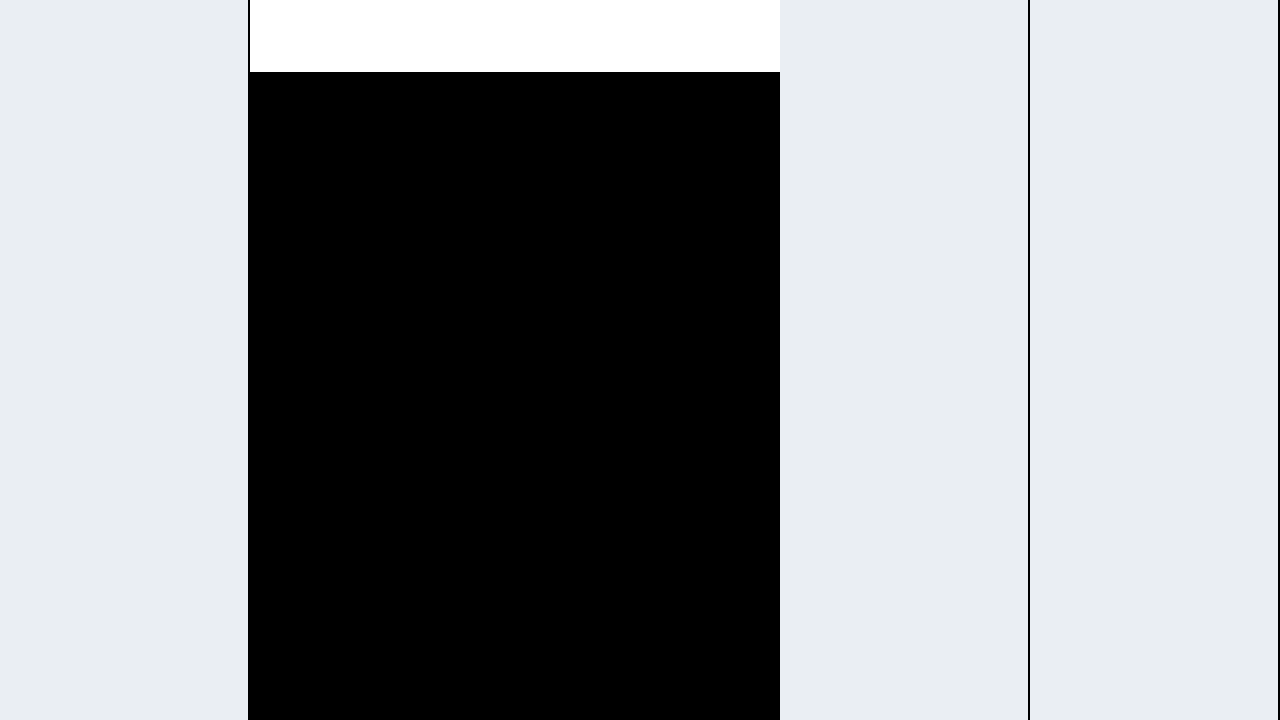
Repository: JJianZ/miao
Page: a.html
The author's editor kept a copy of each file at every save. The page is drawn from the files as they stood at one save, then again after the next save.
The browser window is 1280 px wide. The pictures show the whole page.

Above is the page before, as saved 2021-11-23 10:36:29.

### a.html
<!DOCTYPE html>
<html lang="en">
<head>
  <meta charset="UTF-8">
  <meta http-equiv="X-UA-Compatible" content="IE=edge">
  <meta name="viewport" content="width=device-width, initial-scale=1.0">
  <title>Document</title>
  <style>
    html,body {
      margin: 0;
      padding: 0;
      height: 100%;
    }

    div {
      /* width: 100%; */
      height: 100%;
      position: relative;
      min-width: 300px;
    }
    aside {
      position: absolute;
      width: 250px;
      height: 100%;
      background-color: #eaeef3;
      border-right: black 2px solid;
      box-sizing: border-box;
      box-shadow:1px 1px 5px rbga(0,0,0,0.7) inset;


    }
    header {
      position: absolute;
      left: 250px;
      height: 72px;
      right: 500px;
      line-height: 720px;
    }
    main {
      position: absolute;
      top: 72px;
      left: 250px;
      right: 500px;
      bottom: 0;
      background-color: black;
    }
    .second {
      right: 250px;
    }
    .third {
      right: 0px;
    }
  </style>
</head>
<body>
  <div>
    <aside class="first"></aside>
    <header></header>
    <main></main>
    <aside class="second"></aside>
    <aside class="third"></aside>
  </div>
</body>
</html>

After the next save:
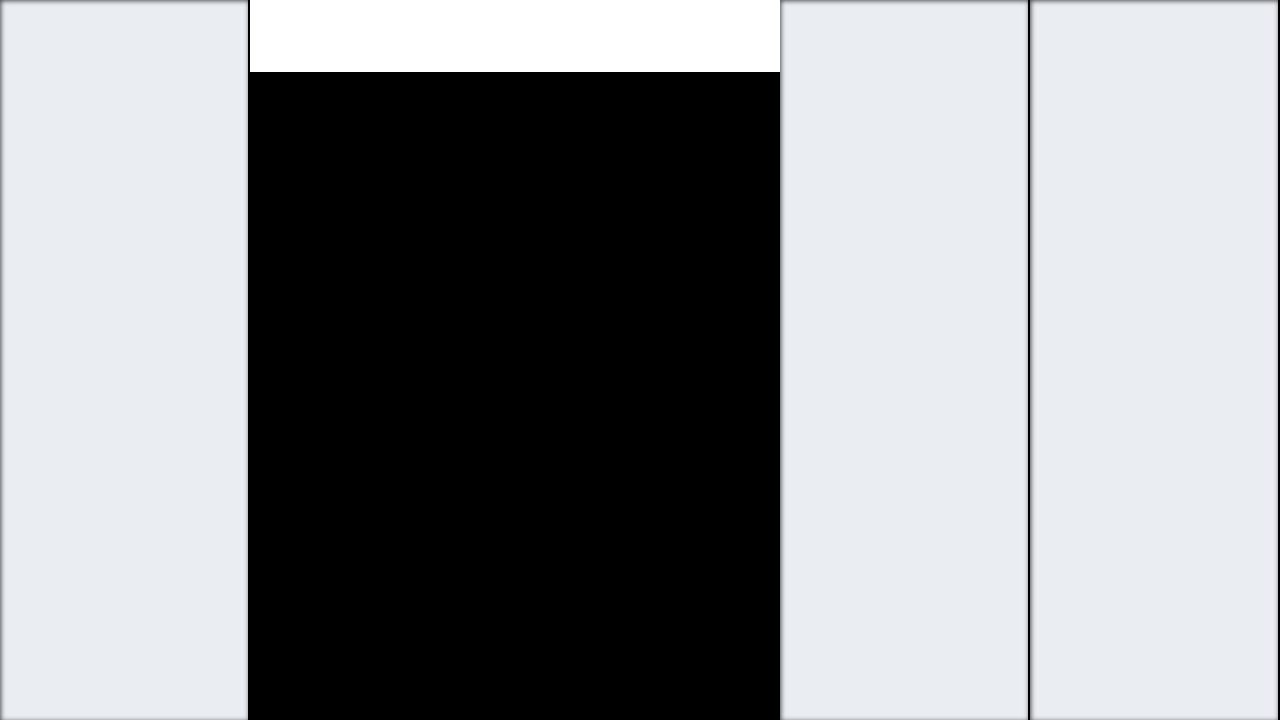
Saved 10 s later.
--- a/a.html
+++ b/a.html
@@ -25,7 +25,7 @@
       background-color: #eaeef3;
       border-right: black 2px solid;
       box-sizing: border-box;
-      box-shadow:1px 1px 5px rbga(0,0,0,0.7) inset;
+      box-shadow:1px 1px 5px rgba(0,0,0,0.7) inset;
 
 
     }
